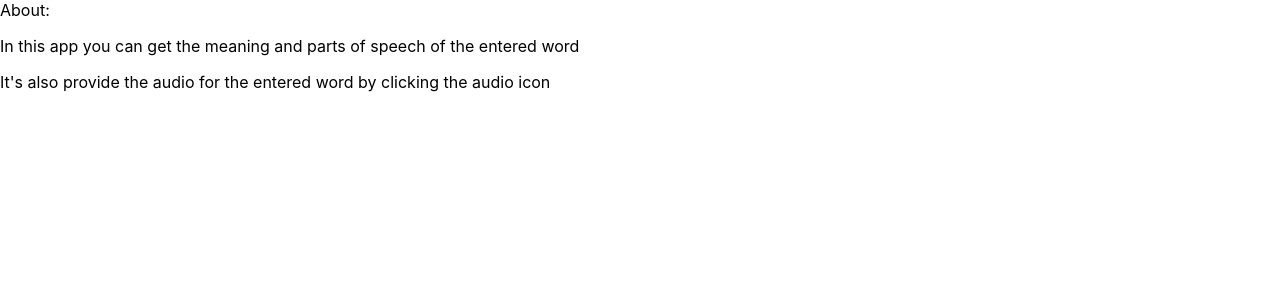
Repository: Josephkennedy603/Dictionary
Page: /about
The author's editor kept a copy of each file at every save. The page is drawn from the files as they stood at one save, then again after the next save.
The browser window is 1280 px wide. The pictures show the whole page.
The project was rebuilt for these pictures with package versions that can differ from the ones it lists, and the page was loaded fresh each time. Also part of the build but not shown: src/Home.css, src/Home.js.

Above is the page before, as saved 2024-01-22 12:53:25.

After the next save:
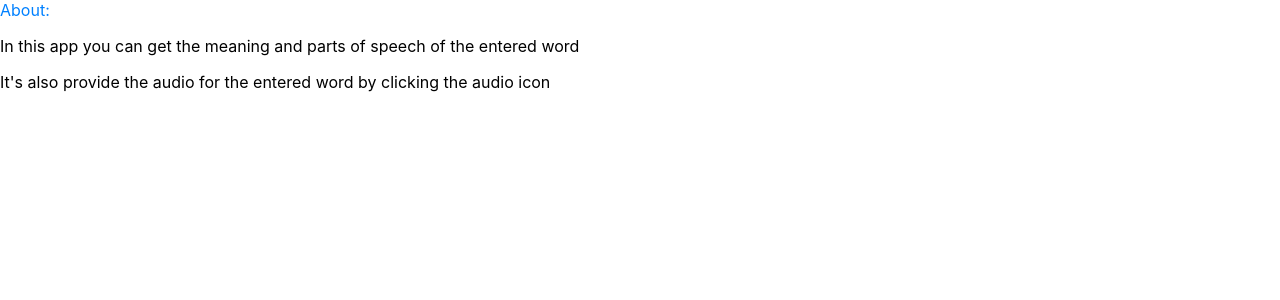
Saved 74 s later.
--- a/src/About.jsx
+++ b/src/About.jsx
@@ -2,7 +2,7 @@ import React from 'react'
 
 function About() {
   return (
-    <div>About:
+    <div><span style={{color:"#0080ff"}}>About: </span>
     <p> In this app you can get the meaning and parts of speech of the entered word </p>
     <p> It's also provide the audio for the entered word by clicking the audio icon</p>
     </div>
